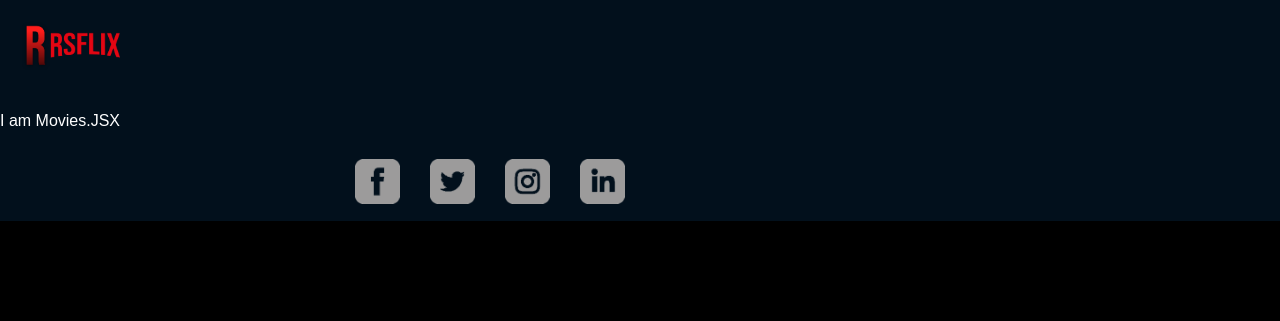
Repository: ronnysalas459/final_project_react
Page: /
An editor plug-in stored every save of this project. The page is shown before and after a run of saves, followed by the edit.
The browser window is 1280 px wide. The pictures show the whole page.
The project was rebuilt for these pictures with package versions that can differ from the ones it lists, and the page was loaded fresh each time. Also part of the build but not shown: src/containers/Favorites.jsx.

Above is the page before, as saved 2021-09-28 20:07:04.

After the next 2 saves:
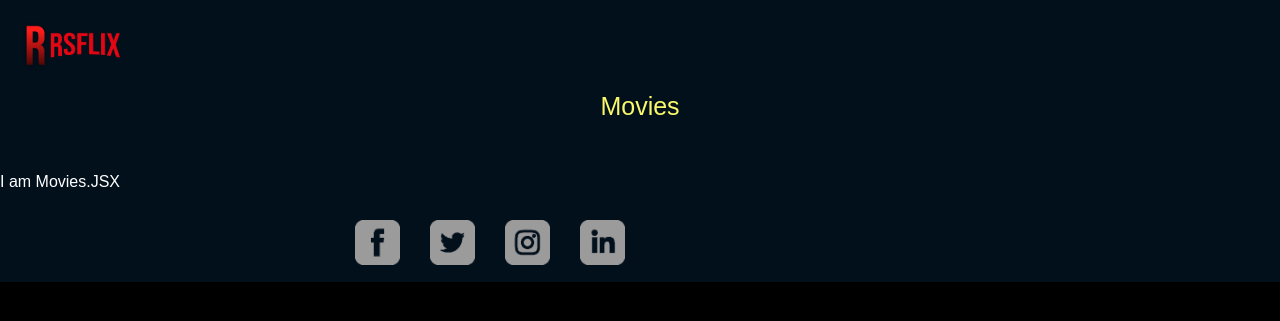
The 2 saves are shown as one change because they came seconds apart.
The last was saved 4 min 46 s later.
--- a/src/components/Header.jsx
+++ b/src/components/Header.jsx
@@ -1,31 +1,36 @@
-import React from 'react';
+import React from "react";
 import { Link } from "react-router-dom";
 import { useSelector, useDispatch } from "react-redux";
-import { setSection } from "../actions"
+import { setSection } from "../actions";
 import "../assets/styles/components/Header.scss";
 import Logo from "../assets/static/images/logo.png";
 
+const Header = () => {
+  const sectionActive = useSelector((state) => state.sectionActive);
+  const dispatch = useDispatch();
 
-const Header = () => {
-
-    const sectionActive = useSelector((state) => state.sectionActive);
-    const dispatch = useDispatch();
-
-    const handleSetSection = (section) => {
-        dispatch(setSection(section));
-    };
-    return (
-        <header className="header">
-            <figure className="header__logo">
-                <img
-                    className="header__logo-img"
-                    src =  { Logo}
-                    alt = "Netflix"
-                />
-            </figure>
-
-        </header>
-    )
+  const handleSetSection = (section) => {
+    dispatch(setSection(section));
+  };
+  return (
+    <header className="header">
+      <figure className="header__logo">
+        <img className="header__logo-img" src={Logo} alt="Netflix" />
+      </figure>
+      <nav className="header__nav">
+        <ul className="header__nav__options">
+          <li
+            onclick={() => handleSetSection("Movies")}
+            className={`header__nav__options-item ${
+              sectionActive === "Movies" ? "active" : ""
+            }`}
+          >
+            <Link to="/">Movies</Link>
+          </li>
+        </ul>
+      </nav>
+    </header>
+  );
 };
 
-export default Header
+export default Header;
